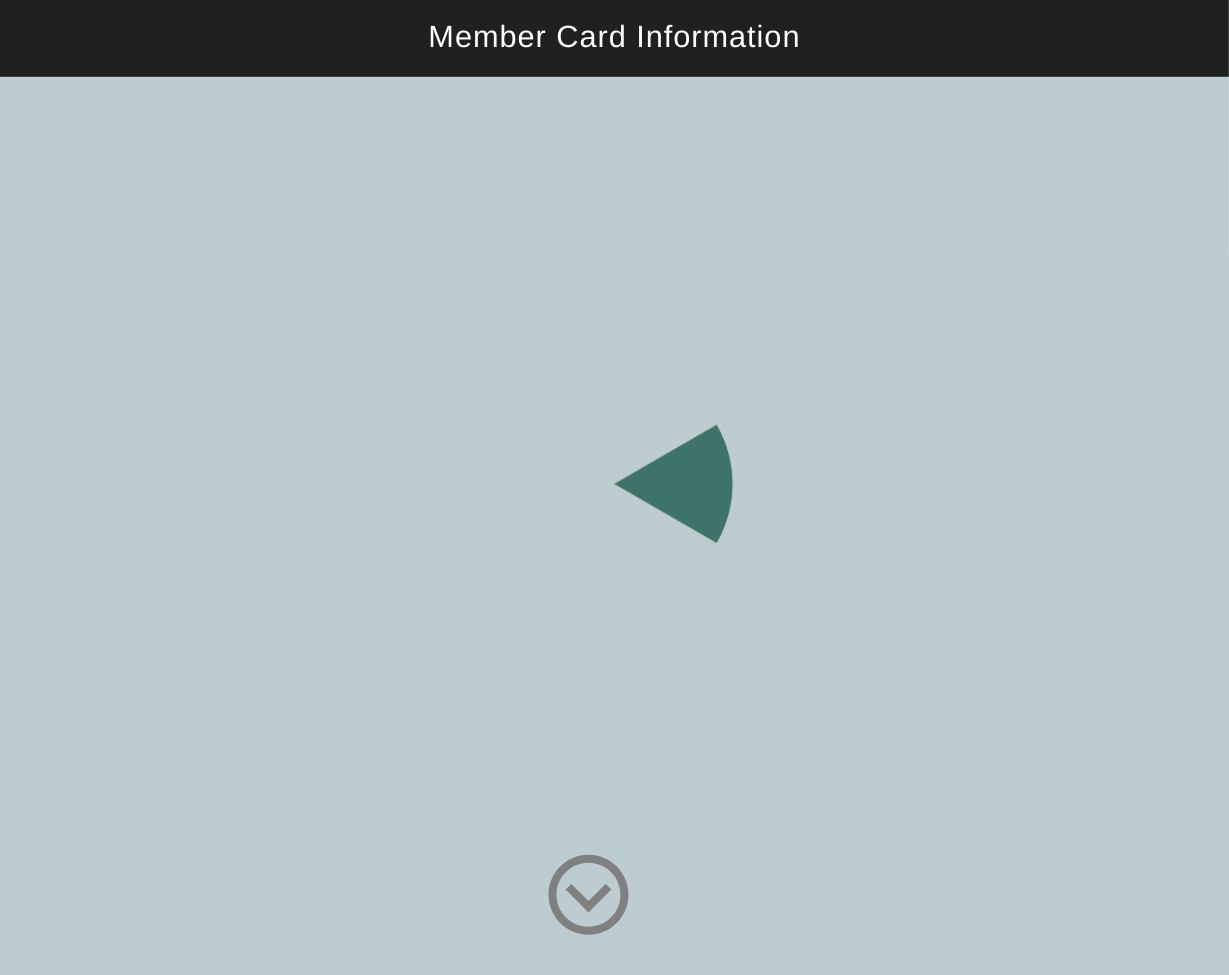
Repository: Leooook/lzhao-fed-test
Page: /
These files come from the project's save history. The page is drawn as it stood at one moment and after the next save; the edit follows.
The browser window is 1280 px wide. The pictures show the whole page, at 96% of full size.
The page's requests for data from a server got no answer. The project was rebuilt for these pictures with package versions that can differ from the ones it lists, and the page was loaded fresh each time. No one was signed in, and anything a server would have sent is missing. Also part of the build but not shown: src/components/detail.jsx.

Above is the page before, as saved 2021-03-15 21:21:07.

After the next save:
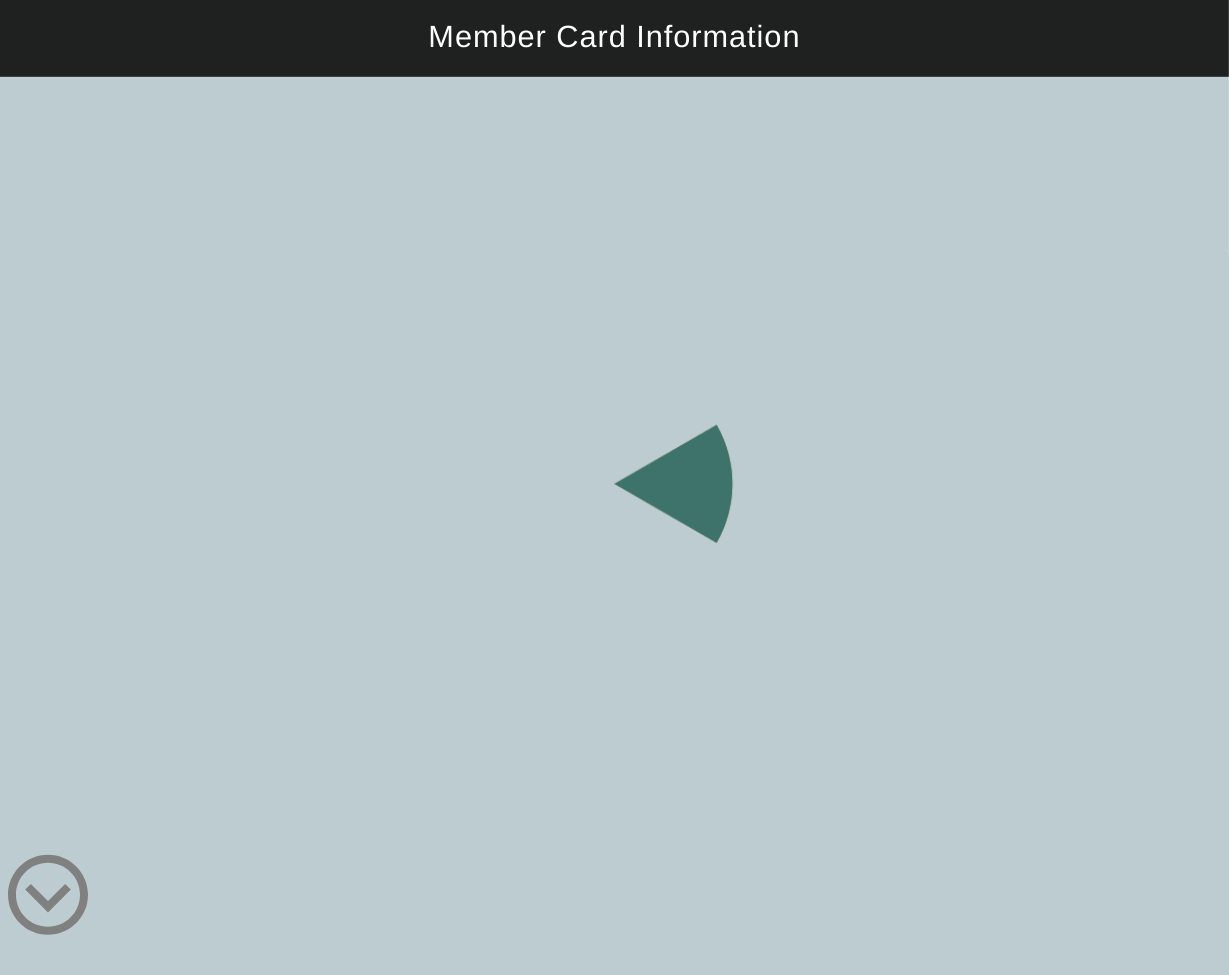
Saved 15 s later.
--- a/src/App.css
+++ b/src/App.css
@@ -21,7 +21,7 @@
 	text-align: center;
 	width: 100px;
 	height: 100px;
-	margin: 30px 44vw;
+	margin: 30px auto;
 }
 /* end of app */
 /* header */
